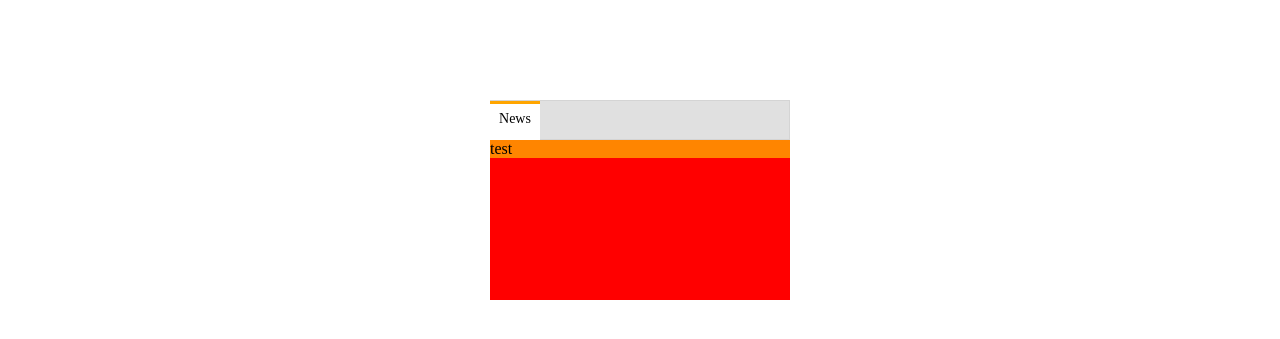
Repository: 2077Alex/Frond_End_Practice
Page: day05/00-课堂作业/20-综合案例二-新闻列表/p.html
The author's editor kept a copy of each file at every save. The page is drawn from the files as they stood at one save, then again after a run of saves.
The browser window is 1280 px wide. The pictures show the whole page.

Above is the page before, as saved 2024-06-05 19:22:52.

After the next 5 saves:
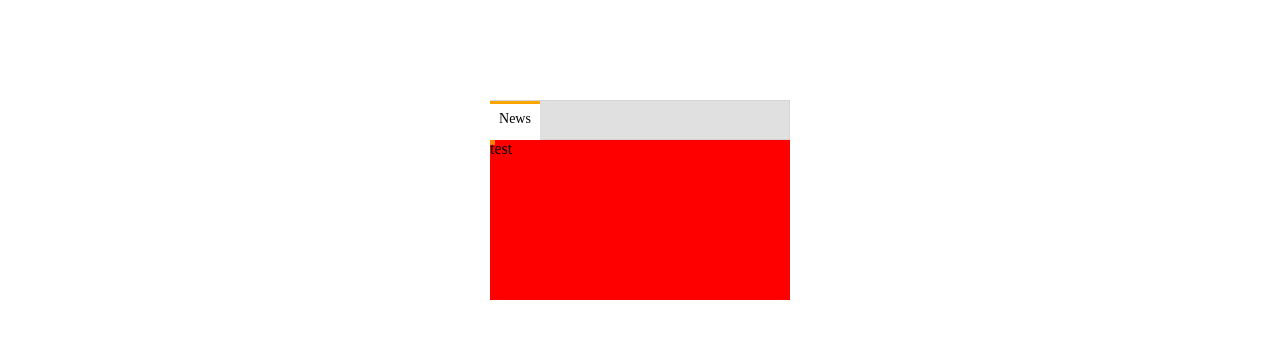
The 5 saves are shown as one change because they came seconds apart.
The last was saved 78 s later.
--- a/day05/00-课堂作业/20-综合案例二-新闻列表/p.html
+++ b/day05/00-课堂作业/20-综合案例二-新闻列表/p.html
@@ -47,6 +47,8 @@
         }
         .bdBox ul li{
             background-image: url(./images/square.png);
+            background-repeat: no-repeat;
+            background-position: 0 0;
         }
     </style>
 </head>
